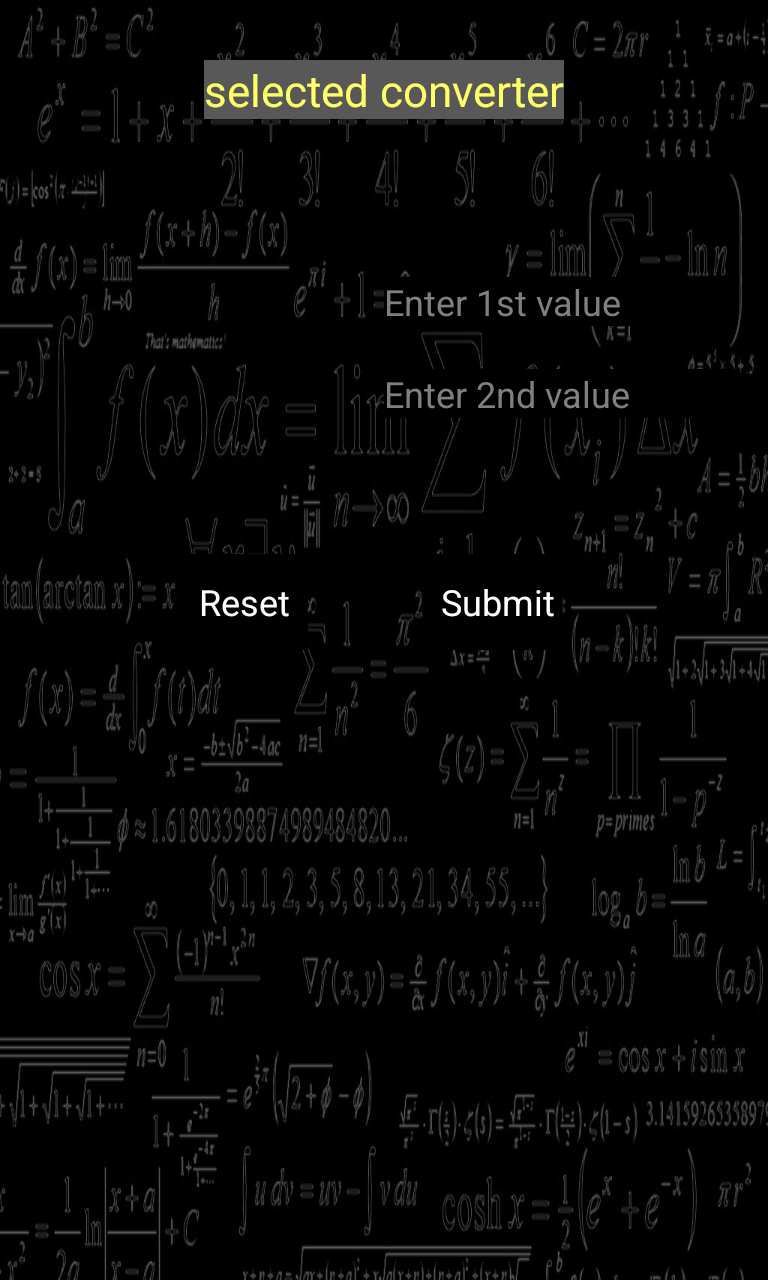
Repository: priyankaaj/practiced-apps
Layout: newProject/res/layout/activity_main.xml
These files come from the project's save history. The layout is drawn as it stood at one moment and after the next save; the edit follows.
It is drawn on a 768 x 1280 px phone screen (xhdpi) without system bars, with theme AppTheme; the app's code is not run.

Above is the layout before, as saved 2015-09-25 07:22:31.

### newProject/res/layout/activity_main.xml
<RelativeLayout xmlns:android="http://schemas.android.com/apk/res/android"
    xmlns:tools="http://schemas.android.com/tools"
    android:layout_width="match_parent"
    android:layout_height="match_parent"
    android:background="@drawable/maths_wallpaper"
    android:paddingBottom="@dimen/activity_vertical_margin"
    android:paddingLeft="@dimen/activity_horizontal_margin"
    android:paddingRight="@dimen/activity_horizontal_margin"
    android:paddingTop="@dimen/activity_vertical_margin"
    tools:context=".MainActivity" >

    <TextView
        android:id="@+id/selectedconverter"
        android:layout_width="wrap_content"
        android:layout_height="wrap_content"
        android:layout_alignParentTop="true"
        android:layout_centerHorizontal="true"
        android:layout_marginTop="14dp"
        android:text="selected converter"
        android:background="#585858"
        android:textColor="#FFFF66"
        android:textAppearance="?android:attr/textAppearanceLarge" />

    <Spinner
        android:id="@+id/spinnerconvertoptions"
        android:layout_width="wrap_content"
        android:layout_height="wrap_content"
        android:layout_below="@+id/selectedconverter"
        android:layout_centerHorizontal="true"
        android:background="#ffffff"
        android:textColor="#000000"
        android:layout_marginTop="19dp" />

    <Button
        android:id="@+id/buttoncancel"
        android:layout_width="wrap_content"
        android:layout_height="wrap_content"
        android:layout_alignBaseline="@+id/buttonsubmit"
        android:layout_alignBottom="@+id/buttonsubmit"
        android:layout_alignRight="@+id/spinnerconvertoptions"
        android:layout_marginRight="38dp"
        android:background="#000000"
        android:textColor="#ffffff"
        android:text="Reset" />

    <EditText
        android:id="@+id/entvalue2"
        android:layout_width="wrap_content"
        android:layout_height="wrap_content"
        android:layout_alignLeft="@+id/entvalue1"
        android:layout_below="@+id/spinnerconvertoptions"
        android:layout_marginTop="106dp"
        android:background="#000000"
        android:ems="10"
        android:hint="Enter 2nd value"
        android:inputType="number"
        android:textColor="#ffffff" >

        <requestFocus />
    </EditText>

    <EditText
        android:id="@+id/entvalue1"
        android:layout_width="wrap_content"
        android:layout_height="wrap_content"
        android:layout_alignBottom="@+id/entvalue2"
        android:layout_alignLeft="@+id/spinnerconvertoptions"
        android:layout_marginBottom="46dp"
        android:background="#000000"
        android:ems="10"
        android:hint="Enter 1st value"
        android:inputType="number"
        android:textColor="#ffffff" />

    <Button
        android:id="@+id/buttonsubmit"
        android:layout_width="wrap_content"
        android:layout_height="wrap_content"
        android:layout_alignLeft="@+id/entvalue2"
        android:layout_below="@+id/entvalue2"
        android:layout_marginLeft="25dp"
        android:layout_marginTop="68dp"
        android:background="#000000"
        android:text="Submit"
        android:textColor="#ffffff" />

</RelativeLayout>

Loaded but not shown: newProject/res/values/styles.xml (common file); newProject/res/values-v11/styles.xml (common file); newProject/res/values-v14/styles.xml (common file); newProject/res/values/dimens.xml (common file)

After the next save:
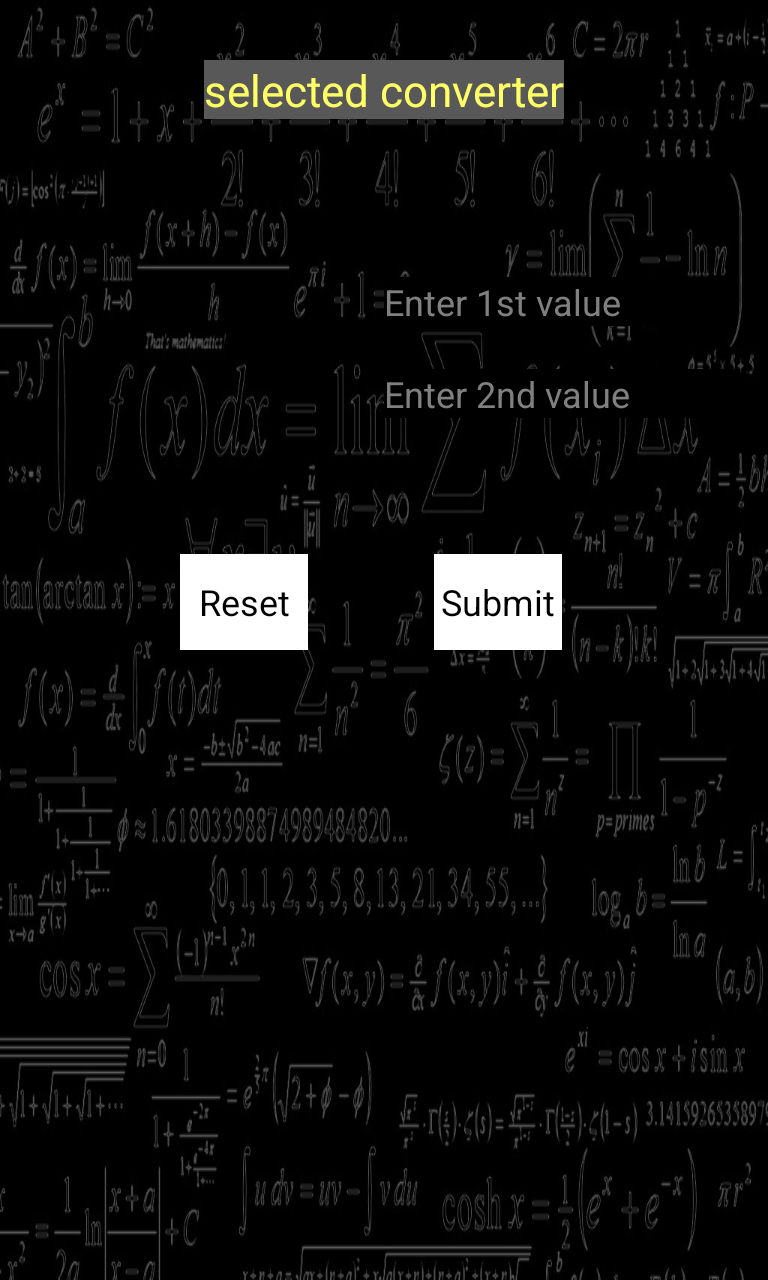
Saved 70 s later.
--- a/newProject/res/layout/activity_main.xml
+++ b/newProject/res/layout/activity_main.xml
@@ -39,8 +39,8 @@
         android:layout_alignBottom="@+id/buttonsubmit"
         android:layout_alignRight="@+id/spinnerconvertoptions"
         android:layout_marginRight="38dp"
-        android:background="#000000"
-        android:textColor="#ffffff"
+        android:background="#ffffff"
+        android:textColor="#000000"
         android:text="Reset" />
 
     <EditText
@@ -80,8 +80,8 @@
         android:layout_below="@+id/entvalue2"
         android:layout_marginLeft="25dp"
         android:layout_marginTop="68dp"
-        android:background="#000000"
-        android:text="Submit"
-        android:textColor="#ffffff" />
+        android:background="#ffffff"
+        android:textColor="#000000"
+        android:text="Submit"/>
 
 </RelativeLayout>
